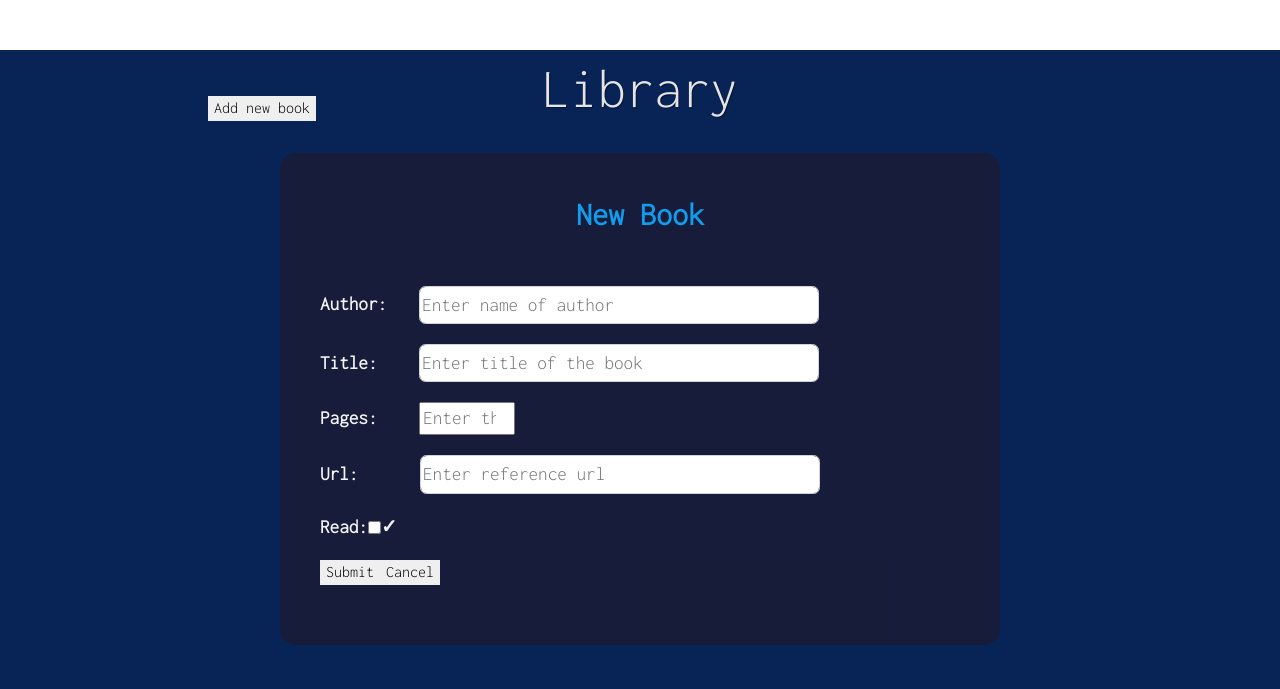
Repository: 0101chaitanya/Library
Page: index.html
These files come from the project's save history. The page is drawn as it stood at one moment and after the next save; the edit follows.
The browser window is 1280 px wide. The pictures show the whole page.

Above is the page before, as saved 2021-06-03 19:30:21.

### index.html
<!DOCTYPE html>
<html>

<head>
    <meta charset="UTF-8">
    <link rel="stylesheet" type="text/css" href="styles.css">

</head>
<div id="container">

</div>

<body>
    <script type="text/javascript" src="script.js"></script>

</body>

</html>

### styles.css
@import url('https://fonts.googleapis.com/css2?family=Inconsolata:wght@300&display=swap');
 :root {
    --color-white: #f3f3f3;
    --color-darkblue-alpha: rgba(27, 27, 50, 0.8);
    --color-green: #082457;
}

*,
*::before,
*::after {
    box-sizing: border-box;
}

body {
    font-family: 'Inconsolata', monospace;
    font-size: 1rem;
    font-weight: 1000;
    line-height: 1.4;
    color: var(--color-white);
    margin: 0;
}

body::before {
    content: '';
    position: fixed;
    height: 100%;
    width: 100%;
    z-index: -1;
    background: var(--color-green);
}

header {
    font-weight: 400;
    font-size: 3.5rem;
    margin-top: 0rem;
    text-shadow: 1px 1px 1px rgba(0, 0, 0, 0.4);
    color: #e4e4e4;
    text-align: center;
}

label {
    display: flex;
    align-items: center;
    font-size: 1.2rem;
}

input,
button {
    margin: 0;
    font-size: inherit;
    font-family: inherit;
    line-height: inherit;
}

button {
    border: none;
}

#container {
    width: 100%;
    margin: 3.125rem auto 0 auto;
}

@media (min-width: 576px) {
    #container {
        max-width: 540px;
    }
}

@media (min-width: 768px) {
    #container {
        max-width: 720px;
    }
}


/*
  @media (max-width: 400px) {
       :root {
          font-size: 7px;
      }
  }

  @media (min-width: 401px) and (max-width: 799px) {
       :root {
          font-size: 16px;
      }
  }

  @media (min-width: 800px) {
       :root {
          font-size: 24px;
      }
  }

  @media (min-width: 1000px) {
       :root {
          font-size: 26px;
      }
  }
   */

#newBookButton {
    position: relative;
    left: 20%;
    top: -2rem;
    left: -4.5rem;
}

form {
    background: var(--color-darkblue-alpha);
    padding: 2.5rem 6.25rem;
    border-radius: 1rem;
}

@media (min-width:480px) {
    form {
        padding: 2.5rem;
    }
}

.formGroup {
    margin: 0 auto 1.25rem auto;
}

.textBox {
    display: block;
    width: 25rem;
    height: 2.4rem;
    padding: - 0.375rem 0.75rem;
    background-color: white;
    background-clip: padding-box;
    border: 1px solid #ced4da;
    border-radius: 0.4rem;
    transition: border-color 0.15s ease-in- out, box-shadow 0.15s ease-in-out;
}

.textBox:focus {
    border-color: #80bdff;
    outline: 0;
    box-shadow: 0 0 1rem rgba(0, 255, 85, 0.25);
}

h1 {
    position: relative;
    text-align: center;
    margin-left: 0;
    margin: 0 0 3rem;
    color: rgb(18, 156, 236);
}

#authorInput {
    position: relative;
    left: 2rem;
}

#titleInput {
    position: relative;
    left: 2.6rem;
}

#pagesInput {
    position: relative;
    left: 2.6rem;
    width: 6rem;
}

#urlInput {
    position: relative;
    left: 3.85rem;
}


/*
#readInput {
    position: relative;
    right: -0.5rem;
    margin-bottom: 0.4rem;
}

.checkMark {
    position: relative;
    display: inline-flex;
    justify-content: center;
    align-items: center;
    left: -0.5rem;
    height: 0.9rem;
    width: 0.9rem;
    border-color: black;
    border-style: solid;
    border-width: 0.01rem;
    color: rgb(241, 232, 237);
    background: rgb(241, 232, 237);
}

#readInput:checked~.checkMark {
    color: rgb(26, 28, 43);
    background: rgb(235, 225, 230);
}

*/

### script.js
let heading = document.createElement("header");
heading.textContent = 'Library';
container = document.getElementById("container");
container.appendChild(heading);
let newBook = document.createElement('button');
newBook.id = 'newBookButton';
newBook.textContent = 'Add new book';
container.appendChild(newBook);
let form = document.createElement('form');
h1 = document.createElement('h1');
form.appendChild(h1);

function createElmt(labelName, labelId, tipe, labelTextContent, inputId, inpId, req, place, checkMk) {
    formGroup = document.createElement('div');
    formGroup.classList.add('formGroup');
    labelName = document.createElement('label');
    labelName.textContent = labelTextContent;
    labelName.id = labelId;
    labelName.htmlFor = inputId;
    inputId = document.createElement('input');
    inputId.type = tipe;
    inputId.id = inpId;
    inputId.required = req;
    inputId.placeholder = place;
    if (inputId.type == 'text') {
        inputId.classList.add('textBox');
    }
    labelName.appendChild(inputId);
    if (checkMk == 'read') {
        let span = document.createElement('span');
        span.className = 'checkMark';
        span.innerHTML = '&#10003';


        labelName.appendChild(span);
    }
    formGroup.appendChild(labelName);

    form.appendChild(formGroup);
}
h1.textContent = `New Book`;
createElmt('author', 'author', 'text', 'Author:', 'authorInput', 'authorInput', true, 'Enter name of author');
createElmt('title', 'title', 'text', 'Title:', 'titleInput', 'titleInput', true, 'Enter title of the book');
createElmt('pages', 'pages', 'number', 'Pages:', 'pagesInput', 'pagesInput', true, 'Enter the number of pages');
createElmt('url', 'url', 'text', 'Url:', 'urlInput', 'urlInput', false, 'Enter reference url');

createElmt('read', 'read', 'checkbox', 'Read:', 'readInput', 'readInput', false, null, 'read');

submission = document.createElement('div');
submission.classList.add('formGroup');
submission.id = 'submission';
submit = document.createElement('button');
submit.textContent = 'Submit';
submission.appendChild(submit);
Cancel = document.createElement('button');
Cancel.textContent = 'Cancel';
submission.appendChild(Cancel);
form.appendChild(submission);
console.log('author'.id);

container.appendChild(form);
/*
let author = document.createElement('label');
author.textContent = 'Author :';
author.htmlFor = 'authorInput';
let authorInput = document.createElement('input');
authorInput.id = 'authorInput';
author.appendChild(authorInput);
document.body.appendChild(author);
 */


function setBookObj(author, title, pages, readStatus, refUrl) {
    this.author = author;
    this.title = title;
    this.pages = pages;
    this.readStatus = readStatus;
    this.refUrl = refUrl;
}

After the next save:
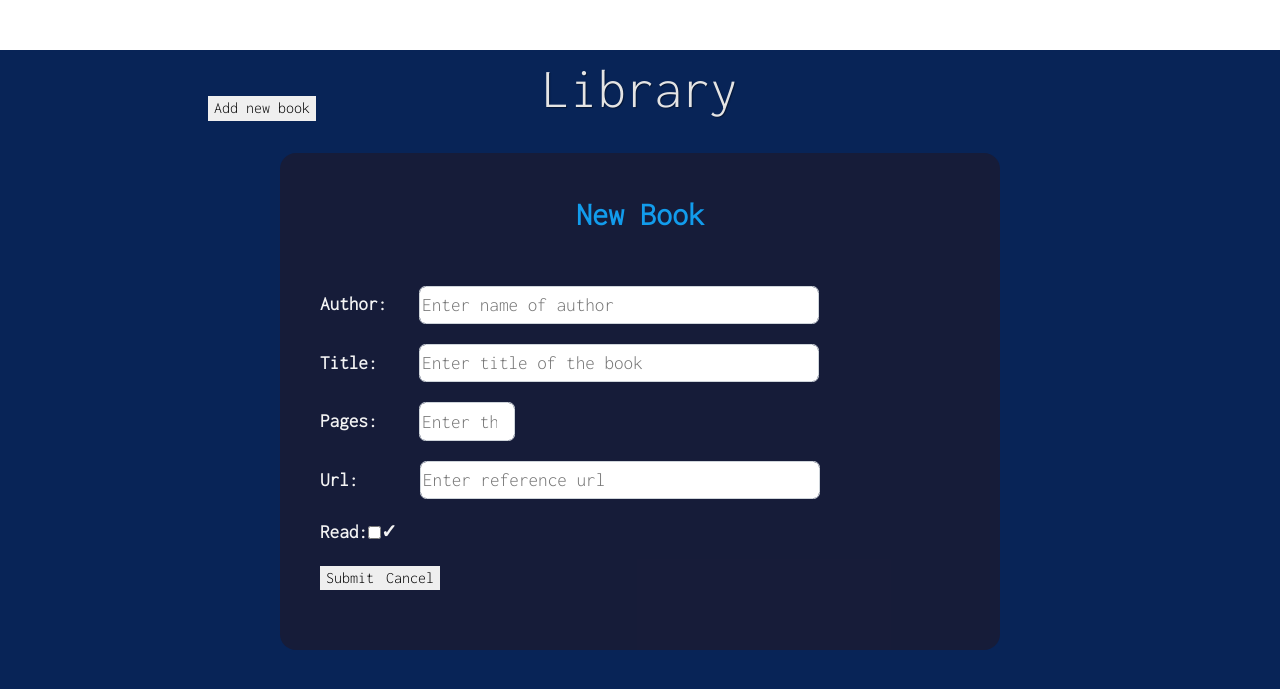
Saved 38 s later.
--- a/styles.css
+++ b/styles.css
@@ -163,6 +163,13 @@ h1 {
     position: relative;
     left: 2.6rem;
     width: 6rem;
+    height: 2.4rem;
+    padding: - 0.375rem 0.75rem;
+    background-color: white;
+    background-clip: padding-box;
+    border: 1px solid #ced4da;
+    border-radius: 0.4rem;
+    transition: border-color 0.15s ease-in- out, box-shadow 0.15s ease-in-out;
 }
 
 #urlInput {
